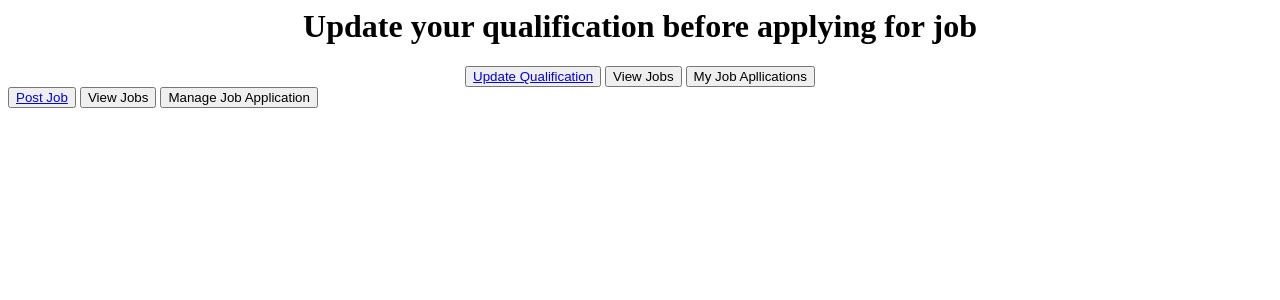
Repository: JamesArul/CLBSiteSTMT
Page: StudentsMeetFrontEnd/WebContent/Job/JobHome.html
These files come from the project's save history. The page is drawn as it stood at one moment and after the next save; the edit follows.
The browser window is 1280 px wide. The pictures show the whole page.

Above is the page before, as saved 2017-06-07 08:59:33.

### StudentsMeetFrontEnd/WebContent/Job/JobHome.html
<div ng-include="'Common/CommonHeader.html'"></div>
<div ng-controller="JobController as jtrl">
<center>
<div ng-if="isUser">
<center><h1>Update your qualification before applying for job</h1></center>
<button class="btn btn-info"><a href="#!/goUserQualification">Update Qualification</a></button>
<button class="btn btn-info" ng-click="jtrl.getJobs()">View Jobs</button>
<button class="btn btn-info" ng-click="jtrl.getUserAppl()">My Job Apllications</button>
</div>
</center>
<center></center>
<div ng-if="isAdmin">
<a href="#" data-toggle="tooltip" data-placement="top" title="Post new Job Offers in website">
<button class="btn btn-info"><a href="#!/goPostJob">Post Job</a></button>
</a>
<button class="btn btn-info" ng-click="jtrl.getJobsAdmin()">View Jobs</button>
<a href="#" data-toggle="tooltip" data-placement="top" title="Manage Job Applications of users">
<button class="btn btn-info" ng-click="jtrl.getJobApplications()">Manage Job Application</button>
</a>
</div>
</center>
</div>

After the next save:
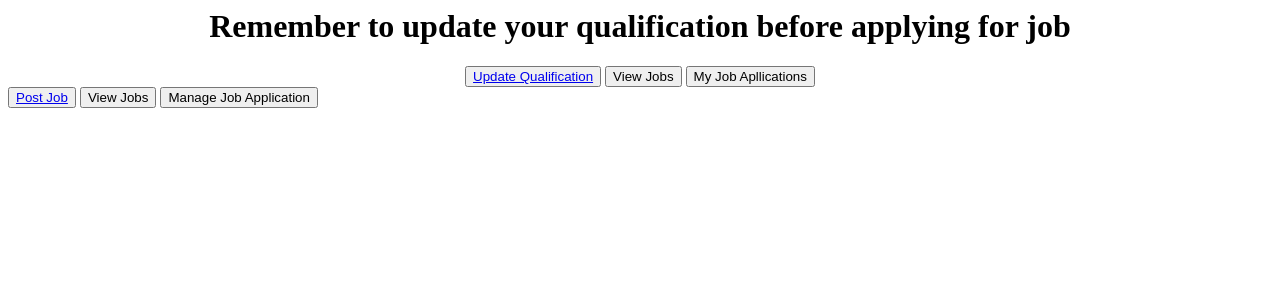
Saved 16 s later.
--- a/StudentsMeetFrontEnd/WebContent/Job/JobHome.html
+++ b/StudentsMeetFrontEnd/WebContent/Job/JobHome.html
@@ -2,7 +2,7 @@
 <div ng-controller="JobController as jtrl">
 <center>
 <div ng-if="isUser">
-<center><h1>Update your qualification before applying for job</h1></center>
+<center><h1>Remember to update your qualification before applying for job</h1></center>
 <button class="btn btn-info"><a href="#!/goUserQualification">Update Qualification</a></button>
 <button class="btn btn-info" ng-click="jtrl.getJobs()">View Jobs</button>
 <button class="btn btn-info" ng-click="jtrl.getUserAppl()">My Job Apllications</button>
